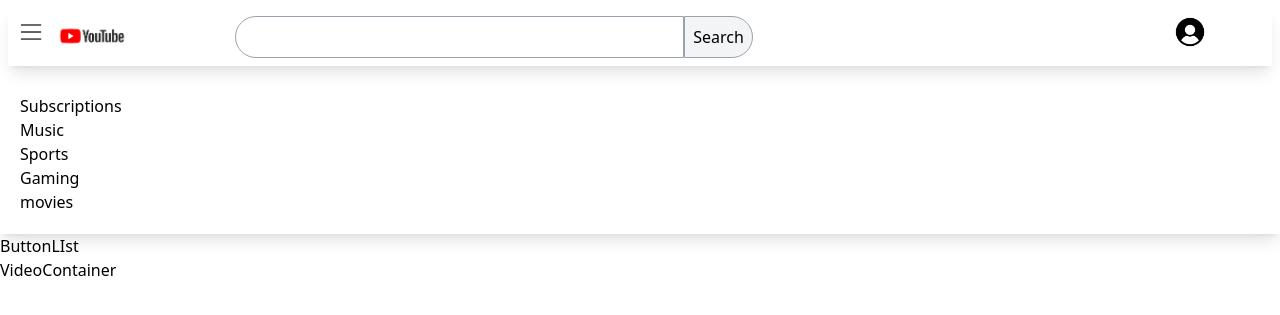
Repository: AmolPawar7181/namaste-youtube
Page: /
These files come from the project's save history. The page is drawn as it stood at one moment and after the next save; the edit follows.
The browser window is 1280 px wide. The pictures show the whole page.
The project was rebuilt for these pictures with package versions that can differ from the ones it lists, and the page was loaded fresh each time. Also part of the build but not shown: vite.config.ts.

Above is the page before, as saved 2023-03-19 12:18:49.

### src/App.tsx
import Body from './components/Body';
import Head from './components/Head';
import './index.css';

function App() {

  return (
    <>
    <Head />
    <Body />
    </>
  )
}

export default App;

### src/components/Body.tsx
import React from 'react'
import MainContainer from './MainContainer'
import SideBar from './SideBar'

const Body = () => {
  return (
    <div>
        <SideBar />
        <MainContainer />
    </div>
  )
}

export default Body

### src/components/Head.tsx
import React from 'react'

const Head = () => {
  return (
    <div className='grid grid-flow-col p-2 m-2 shadow-lg'>
        <div className='flex col-span-1'>
        <img className="h-8" src="data:[embedded picture, 558 characters]" alt="menu"/>
        <img className="h-10 mx-2" src="data:[embedded picture, 4610 characters]" alt="Youtube" />
        </div>
        <div className='col-span-10 px-10'>
            <input className='w-1/2 border border-gray-400 p-2 rounded-l-full' type="text" />
            <button className=' border border-gray-400 p-2 rounded-r-full bg-gray-100'>Search</button>
        </div>
        <div className='col-span-1'>
            <img className="h-8" alt="user" src='data:[embedded picture, 3630 characters]'/>
            </div>
    </div>
  )
}

export default Head

### src/components/MainContainer.tsx
import React from 'react'
import ButtonList from './ButtonLIst';
import VideoContainer from './VideoContainer';

const MainContainer = () => {
  return (
    <div>
        <ButtonList />
        <VideoContainer />
    </div>
  )
}

export default MainContainer

### src/components/SideBar.tsx
import React from 'react';

const SideBar = () => {
	return (
		<div className='p-5 shadow-lg'>
			<h1>Subscriptions</h1>
			<ul>
				<li>Music</li>
				<li>Sports</li>
				<li>Gaming</li>
				<li>movies</li>
			</ul>
		</div>
	);
};

export default SideBar;

### src/components/ButtonLIst.tsx
import React from 'react'

const ButtonList = () => {
  return (
    <div>ButtonLIst</div>
  )
}

export default ButtonList;

### tailwind.config.cjs
/** @type {import('tailwindcss').Config} */
module.exports = {
  content: [
    "./index.html",
  "./src/**/*.{js,ts,jsx,tsx}",],
  theme: {
    extend: {},
  },
  plugins: [],
}

Loaded but not shown: index.html (common file); src/main.tsx (common file); src/index.css (common file); src/components/VideoContainer.tsx (common file)

After the next save:
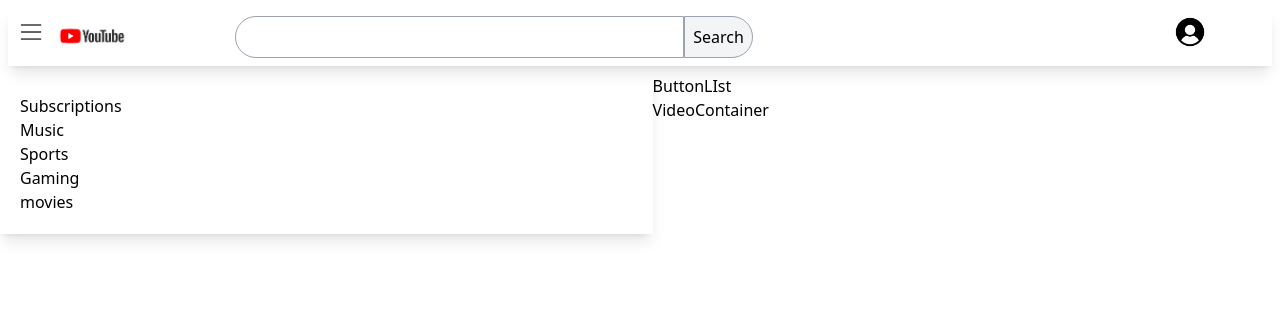
Saved 42 s later.
--- a/src/components/Body.tsx
+++ b/src/components/Body.tsx
@@ -1,14 +1,14 @@
-import React from 'react'
-import MainContainer from './MainContainer'
-import SideBar from './SideBar'
+import React from 'react';
+import MainContainer from './MainContainer';
+import SideBar from './SideBar';
 
 const Body = () => {
-  return (
-    <div>
-        <SideBar />
-        <MainContainer />
-    </div>
-  )
-}
+	return (
+		<div className='grid grid-flow-col'>
+			<SideBar />
+			<MainContainer />
+		</div>
+	);
+};
 
-export default Body
+export default Body;
